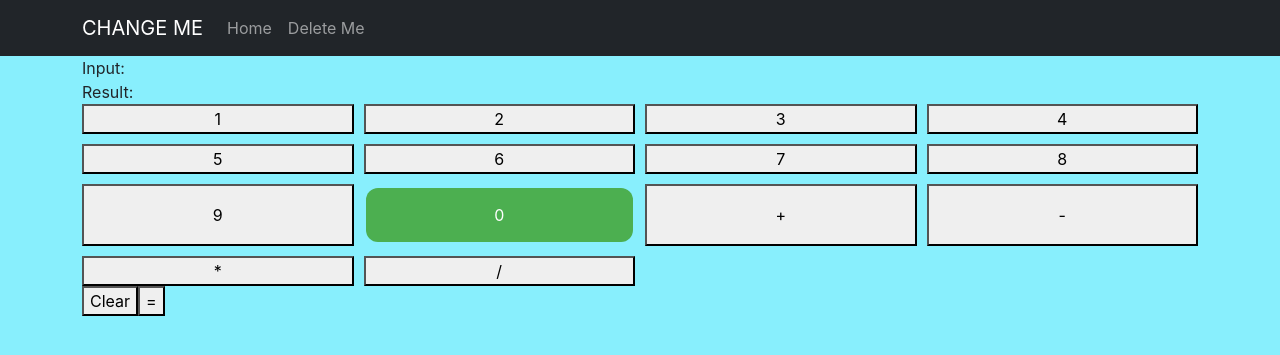
Repository: jgramirez0210/calculator-react
Page: /
The author's editor kept a copy of each file at every save. The page is drawn from the files as they stood at one save, then again after a run of saves.
The browser window is 1280 px wide. The pictures show the whole page.
The project was rebuilt for these pictures with package versions that can differ from the ones it lists, and the page was loaded fresh each time. The framework's server and built-in components were replaced by stand-ins that run in the browser. Also part of the build but not shown: next.config.js.

Above is the page before, as saved 2024-01-09 20:06:33.

After the next 2 saves:
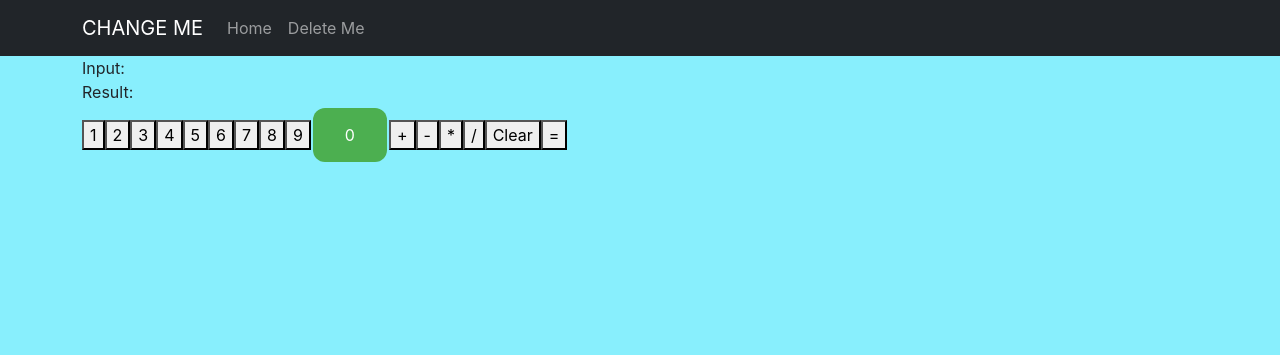
The 2 saves are shown as one change because they came seconds apart.
The last was saved 23 s later.
--- a/pages/index.js
+++ b/pages/index.js
@@ -25,14 +25,12 @@ function Calculator() {
     <div>
       <div> Input: {input}</div>
       <div> Result: {result}</div>
-      <div className="calculator-grid">
         {[1, 2, 3, 4, 5, 6, 7, 8, 9, 0].map((digit) => (
           <button type="button" className={`button-${digit}`} onClick={() => handleDigit(digit)}>{digit}</button>
         ))}
         {['+', '-', '*', '/'].map((operation) => (
           <button type="button" onClick={() => handleOperation(operation)}>{operation}</button>
         ))}
-        </div>
         <button type="button" onClick={handleClear}>Clear</button>
         <button type="button" onClick={calculateResult}>=</button>
     </div>
